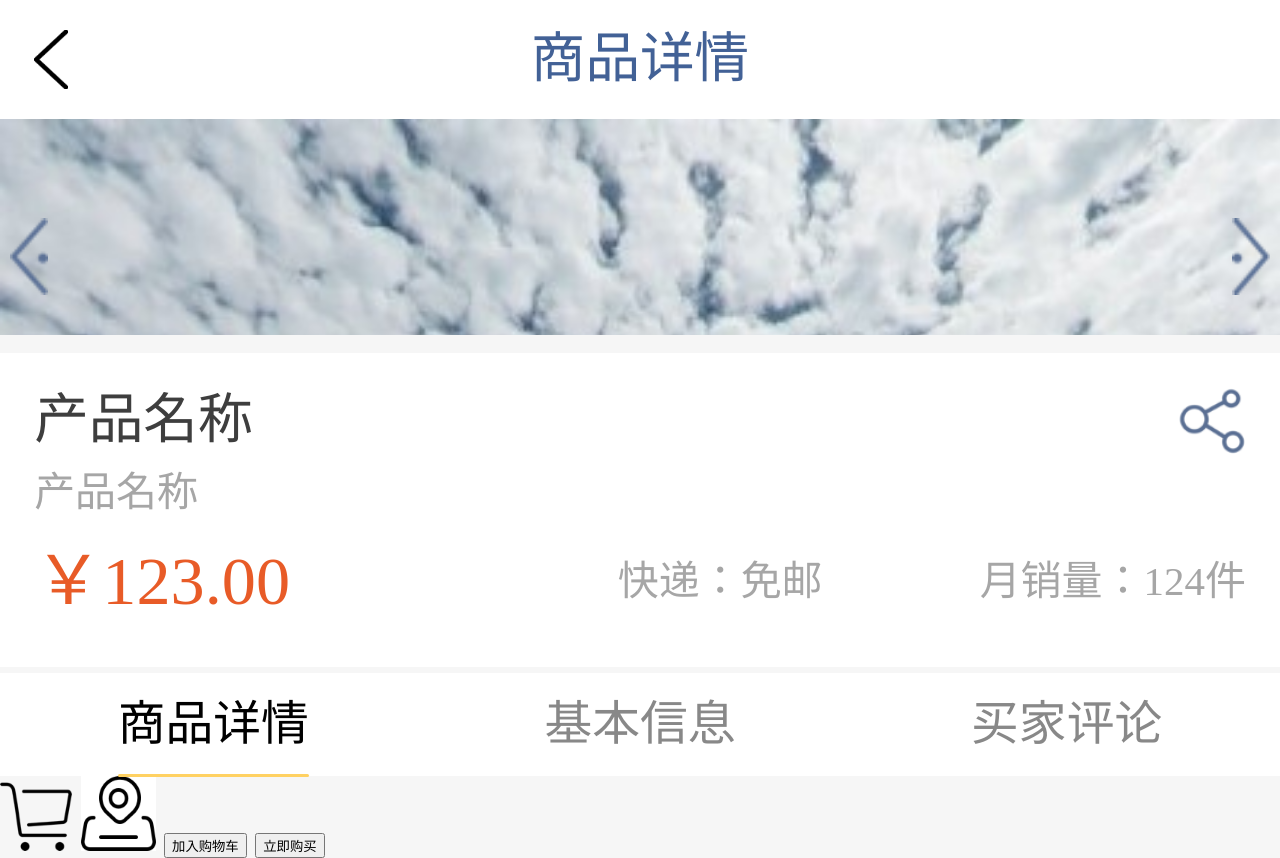
Repository: 421538074/sell
Page: consumer/goods-detail.html
An editor plug-in stored every save of this project. The page is shown before and after the next save, followed by the edit.
The browser window is 1280 px wide. The pictures show the whole page.

Above is the page before, as saved 2019-05-30 11:19:56.

### consumer/goods-detail.html
<!DOCTYPE html>
<html lang="en">

<head>
    <meta charset="UTF-8">
    <meta name="viewport" content="width=device-width, initial-scale=1.0">
    <meta http-equiv="X-UA-Compatible" content="ie=edge">
    <title>商品详情</title>
    <link rel="stylesheet" href="../css/base.css">
    <link rel="stylesheet" href="css/common.css">
    <link rel="stylesheet" href="../css/swiper.min.css">
    <link rel="stylesheet" href="css/goods-detail.css">
</head>

<body>
    <div id="app" class="content">
        <nav class="nav-bar-wrapper">
            <img src="../img/back.png" class="back-icon">
            <p class="nav-bar-title">商品详情</p>
        </nav>
        <div class="goods-pictures-wrapper">
            <div class="swiper-container ">
                <div class="swiper-wrapper">
                    <div class="swiper-slide" v-for="item in 5">
                        <img src="../img/1.jpg" class="slide-img" alt="">
                    </div>
                </div>
                <div class="swiper-button-next"></div>
                <div class="swiper-button-prev"></div>
            </div>
        </div>
        <div class="goods-detail-wrapper">
            <p class="main-title-wrapper">
                <span class="goods-title">产品名称</span>
                <img src="../img/share-icon.png" class="share-action-icon">
            </p>
            <p class="goods-title-desc">产品名称</p>
            <div class="goods-price-delivery">
                <p class="goods-price">￥123.00</p>
                <p class="delivery-fee">快递：免邮</p>
                <p class="sell-counts-month">月销量：124件</p>
            </div>
        </div>
        <div class="tab-bar-wrapper">
            <div @click="switchTab(0)" :class="{active:currentIndex == 0}" class="tab-bar-item">商品详情</div>
            <div @click="switchTab(1)" :class="{active:currentIndex == 1}" class="tab-bar-item">基本信息</div>
            <div @click="switchTab(2)" :class="{active:currentIndex == 2}" class="tab-bar-item">买家评论</div>
        </div>
        <div class="tab-content-wrapper">
            <div v-show="currentIndex == 0" class="content-detail">

            </div>
            <div v-show="currentIndex == 1" class="content-detail">

            </div>
            <div v-show="currentIndex == 2" class="content-detail">

            </div>
        </div>
        <div class="operation-bar">
            <span class="shop-cart">
                <img src="../img/shop-cart.png" class="shop-cart-icon">
                <i class="num-icon"></i>
            </span>
            <span class="address">
                <img src="../img/positon.png" class="position-icon">
            </span>
            <button class="add-to-cart">加入购物车</button>
            <button class="buy-now">立即购买</button>
        </div>
    </div>
    <script src="../js/api.js"></script>
    <script src="../js/vue.js"></script>
    <script src="../js/swiper.min.js"></script>
    <script src="js/vue-mixin.js"></script>
    <script src="js/goods-detail.js"></script>
</body>

</html>

### css/base.css
/* http://meyerweb.com/eric/tools/css/reset/
   v2.0 | 20110126
   License: none (public domain)
*/

html,
body,
div,
span,
applet,
object,
iframe,
h1,
h2,
h3,
h4,
h5,
h6,
p,
blockquote,
pre,
a,
abbr,
acronym,
address,
big,
cite,
code,
del,
dfn,
em,
img,
ins,
kbd,
q,
s,
samp,
small,
strike,
strong,
sub,
sup,
tt,
var,
b,
u,
i,
center,
dl,
dt,
dd,
ol,
ul,
li,
fieldset,
form,
label,
legend,
table,
caption,
tbody,
tfoot,
thead,
tr,
th,
td,
article,
aside,
canvas,
details,
embed,
figure,
figcaption,
footer,
header,
hgroup,
menu,
nav,
output,
ruby,
section,
summary,
time,
mark,
audio,
video {
    margin: 0;
    padding: 0;
    border: 0;
    font-size: 100%;
    font: inherit;
    vertical-align: baseline;
}

/* HTML5 display-role reset for older browsers */
article,
aside,
details,
figcaption,
figure,
footer,
header,
hgroup,
menu,
nav,
section {
    display: block;
}

body {
    line-height: 1;
}

ol,
ul {
    list-style: none;
}

blockquote,
q {
    quotes: none;
}

blockquote:before,
blockquote:after,
q:before,
q:after {
    content: '';
    content: none;
}

table {
    border-collapse: collapse;
    border-spacing: 0;
}


body,
html {
    font-size: calc(100vw / 37.5);
    font-family: PingFangSC-Medium;
    background: #F2F2F2;
}


[v-cloak] {
    display: none;
}


hr {
    margin: 0;
    padding: 0;
}

.clearfix {
    zoom: 1;
}

.clearfix:after {
    content: ".";
    display: block;
    visibility: hidden;
    height: 0;
    clear: both;
}

[v-cloak] {
    display: none;
}

### consumer/css/common.css
*{
    box-sizing: border-box;
}
html,body{
    background: #f6f6f6;
}
html,body,div.content{
    height: 100%;
}
/*底部菜单栏*/
nav.tool-bar-wrapper {
    height: 3rem;
    background: #ffffff;
    display: flex;
    align-items: center;
    justify-content: space-around;
}
a.nav-item {
    color: #888888;
    text-decoration: none;
    font-size: 1.5rem;
    display: flex;
    flex-direction: column;
    align-items: center;
    justify-content: space-around;
    height: 90%;
}
a.nav-item.active{
    color: #0093FF;
}
img.nav-item-icon{
    width: 1.5rem;
    height: 1.5rem;
}
.ellipsis{
    overflow: hidden;
    white-space: nowrap;
    text-overflow: ellipsis;
}
/*顶部返回栏 */
nav.nav-bar-wrapper {
    background: #FFFFFF;
    height: 3.5rem;
    display: flex;
    align-items: center;
    justify-content: space-around;
    position: relative;
    font-size: 1.6rem;
    color: #426196;
}
img.back-icon {
    position: absolute;
    width: 1rem;
    left: 1rem;
}

### consumer/css/goods-detail.css
.goods-pictures-wrapper ,.swiper-container{
    max-height: 30vh;
    overflow: hidden;
}
img.slide-img{
    width: 100%;
    height: 100%;
}
.swiper-button-next, .swiper-button-prev,
.swiper-button-prev, .swiper-container-rtl .swiper-button-next{
    outline: 0;
}
.swiper-button-prev, .swiper-container-rtl .swiper-button-next{
    background-image: url(../../img/left-arrow.png);
    background-size: 100% auto;
}
.swiper-button-next, .swiper-container-rtl .swiper-button-prev {
    background-image: url(../../img/right-arrow.png);
    background-size: 100% auto;
}
.swiper-button-next, .swiper-button-prev {
    width: 3vw;
    height: 8vw;
}
.goods-detail-wrapper {
    margin-top: 0.5rem;
    background: #ffffff;
    padding: 1rem;
}
p.main-title-wrapper {
    color: #3E3E3E;
    font-size: 1.6rem;
    display: flex;
    align-items: center;
    justify-content: space-between;
}
img.share-action-icon {
    width: 2rem;
}
p.goods-title-desc {
    font-size: 1.2rem;
    color: #A6A6A6;
    padding: 0.5rem 0;
}
.goods-price-delivery {
    display: flex;
    align-items: center;
    justify-content: space-between;
    padding: 0.5rem 0;
}
p.goods-price {
    color: #E85B27;
    font-size: 2rem;
}
p.delivery-fee ,p.sell-counts-month{
    color: #A6A6A6;
    font-size: 1.2rem;
}
p.delivery-fee {
    margin-left: 5rem;
}
.tab-bar-wrapper {
    display: flex;
    align-items: center;
    justify-content: space-around;
    height: 3rem;
    background: #fff;
    margin-top: 0.2rem;
}
.tab-bar-item {
    height: 100%;
    line-height: 3rem;
    color: #888888;
    font-size: 1.4rem;
    position: relative;
}
.tab-bar-item.active {
    color: #000000;
}
.tab-bar-item.active::after {
    content: '';
    position: absolute;
    width: 100%;
    height: 3px;
    background: #FFD162;
    bottom: -1px;
    left: 0;
    border-radius: 1rem;
}

### js/api.js



// window.warn = {
//     alert: function alert(msg) {
//         var template = `
// `
//         $('body').append(template);
//         $('.alert-body').animate({
//             top: "40px"
//         }, 200);
//         // setTimeout(function () {
//         //     warn.close();
//         // }, 1500);
//     },
//     close: function close() {
//         $('.alert-body').animate({
//             top: "-280px"
//         }, 200);
//         setTimeout(function () {
//             $('#alert-msg').remove();
//         }, 200);
//     }
// };

### consumer/js/vue-mixin.js
Vue.mixin({
    methods: {
        /**
         * 返回
         */
        back() {
            history.go(-1);
        },
        /**
         * 限制长度
         * @param {String} 要限制长度的字段
         * @param {Number} 长度
         */
        limitLength(key, length) {
            this[key] = this[key].substring(0, length);
        },
        /**
         * 验证11位手机号
         * @param {Number} phone
         */
        validatePhone(phone) {
            const phoneReg = /^[1-9][0-9]{9}[0-9]$/;
            return phoneReg.test(phone);
        },
        /**
         * 发送手机验证码
         * @param {Number} waitTimeKey 等待时间键名
         * @param {String} tipsKey 发送验证码显示的信息的键名
         * @param {String} phoneKey 手机号键名
         * @param {String} reSendMsg  按钮默认显示的文字
         */
        sendCode(waitTimeKey, tipsKey, phoneKey, defaultMsg) {
            if (!this.validatePhone(this[phoneKey])) {
                alert('无效手机号!');
                return;
            }
            if (this[waitTimeKey] == 60) {
                $.post('', {
                        phone: this[phoneKey]
                    }, (res) => {
                        if (res.status == 1) {
                            const interval = setInterval(() => {
                                if (this[waitTimeKey] == 1) {
                                    this[waitTimeKey] = 60;
                                    this[tipsKey] = defaultMsg;
                                    clearInterval(interval);
                                    return;
                                }
                                this[waitTimeKey] -= 1;
                                this[tipsKey] = `${this[waitTimeKey]}s`;
                            }, 1000);
                        } else {
                            alert('发送失败!');
                        }
                    }, 'json')
                    .fail(err => {
                        alert('服务器异常!');
                    });
            }
        },
        /**
         * 链接跳转
         * @param {String} url
         */
        linkTo(url) {
            window.location.href = url;
        }
    },
    filters: {

    }
})

### consumer/js/goods-detail.js
new Vue({
    el: '#app',
    data() {
        return {
            currentIndex:0
        }
    },
    methods: {
        initSwiper() {
            new Swiper('.swiper-container', {
                slidesPerView: 1,
                spaceBetween: 30,
                loop: true,
                autoplay:true,
                navigation: {
                    nextEl: '.swiper-button-next',
                    prevEl: '.swiper-button-prev',
                },
            });
        },
        switchTab(index) {
            if(this.currentIndex != index) {
                this.currentIndex = index;
            }
        }
    },
    mounted() {
        this.$nextTick(() => {
            this.initSwiper();
        });
    },
});

Loaded but not shown: css/swiper.min.css (library); js/vue.js (library); js/swiper.min.js (library)

After the next save:
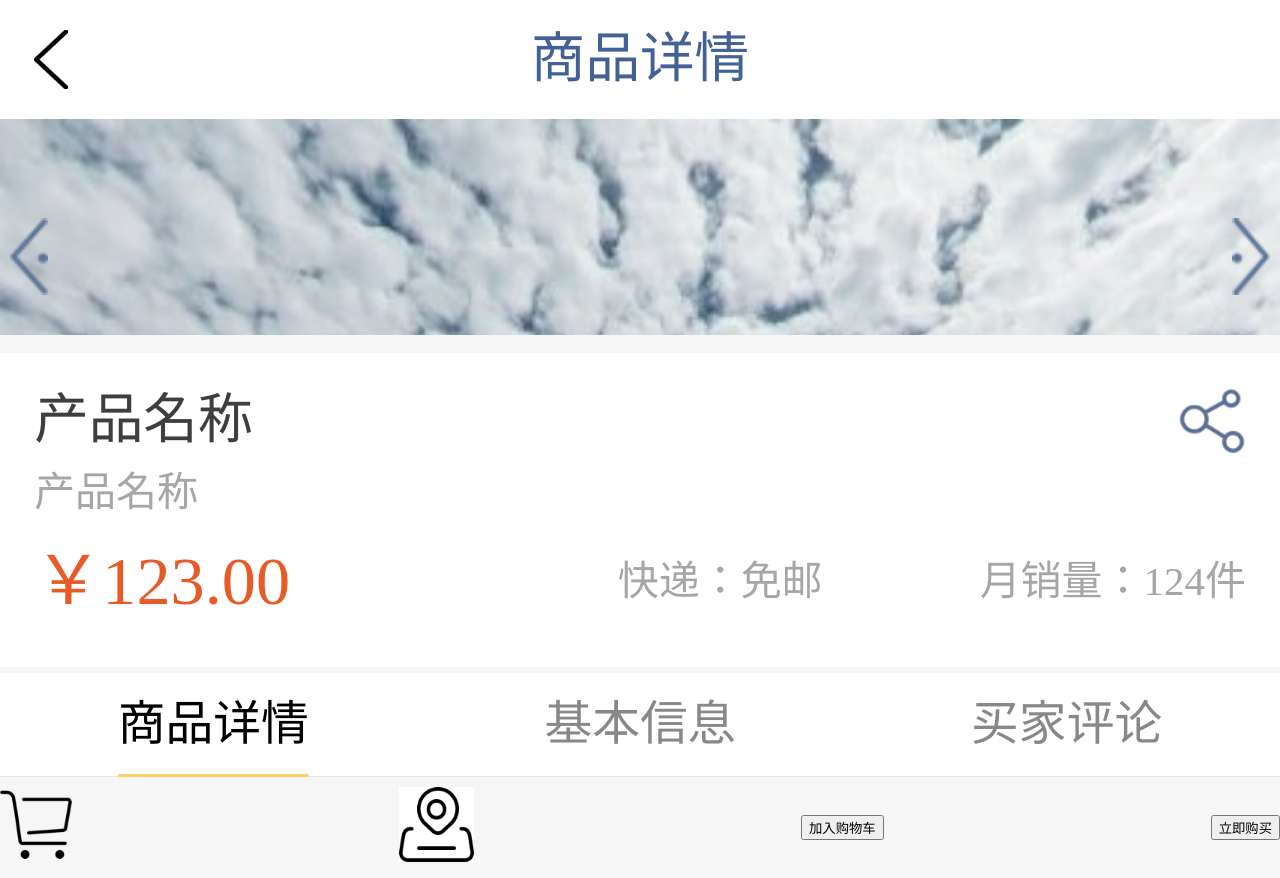
Saved 63 s later.
--- a/consumer/css/goods-detail.css
+++ b/consumer/css/goods-detail.css
@@ -87,3 +87,10 @@ p.delivery-fee {
     left: 0;
     border-radius: 1rem;
 }
+.operation-bar {
+    border-top: 1px solid #E6E6E6;
+    height: 3rem;
+    display: flex;
+    align-items: center;
+    justify-content: space-between;
+}
